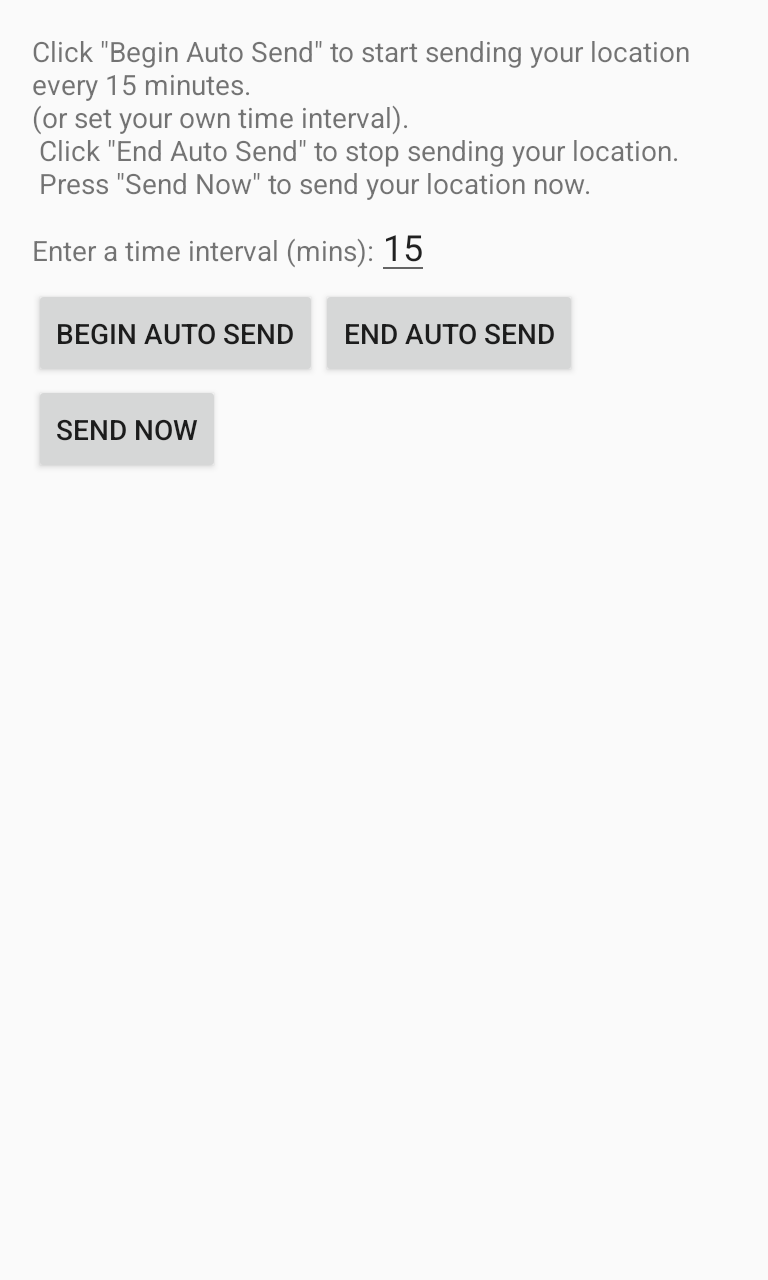
Repository: haidark/rahat
Layout: android/Rahat/res/layout/fragment_main.xml
The author's editor kept a copy of each file at every save. The layout is drawn from the files as they stood at one save, then again after the next save.
It is drawn on a 768 x 1280 px phone screen (xhdpi) without system bars, with theme AppTheme; the app's code is not run.

Above is the layout before, as saved 2014-05-04 03:44:23.

### android/Rahat/res/layout/fragment_main.xml
<LinearLayout xmlns:android="http://schemas.android.com/apk/res/android"
    xmlns:tools="http://schemas.android.com/tools"
    android:layout_width="match_parent"
    android:layout_height="match_parent"
    android:paddingBottom="@dimen/activity_vertical_margin"
    android:paddingLeft="@dimen/activity_horizontal_margin"
    android:paddingRight="@dimen/activity_horizontal_margin"
    android:paddingTop="@dimen/activity_vertical_margin"
    tools:context="com.example.rahat.MainActivity$PlaceholderFragment"
	android:orientation="vertical" >
    <TextView android:id="@+id/text_top"
	          android:layout_width="wrap_content"
	          android:layout_height="wrap_content"
	          android:text="@string/text_info" />

    <LinearLayout android:layout_width="wrap_content"
    			  android:layout_height="wrap_content"
    			  android:orientation="horizontal">

    	<TextView android:id="@+id/text_inter"
	          android:layout_width="wrap_content"
	          android:layout_height="wrap_content"
	          android:text="@string/text_interval" />

    	<EditText android:id="@+id/edit_1"
        		  android:layout_width="wrap_content"
        		  android:layout_height="wrap_content"
        		  android:text="@string/edit_1"
        		  android:maxLength="3"
        		  android:inputType="number" />
    </LinearLayout>


    <LinearLayout android:layout_width="wrap_content"
    			  android:layout_height="wrap_content"
    			  android:orientation="horizontal">

        <Button
            	android:id="@+id/beginbutton"
            	android:layout_width="wrap_content"
		        android:layout_height="wrap_content"
		        android:text="@string/button_start"
		        android:onClick="beginService" />
        <Button
            	android:id="@+id/endbutton"
            	android:layout_width="wrap_content"
		        android:layout_height="wrap_content"
		        android:text="@string/button_stop"
		        android:onClick="endService" />
    </LinearLayout>



    <Button
        android:layout_width="wrap_content"
        android:layout_height="wrap_content"
        android:text="@string/button_send"
        android:onClick="sendLocation" />

    <ScrollView android:layout_width="fill_parent"
    			android:layout_height="wrap_content" >

	    <TextView android:id="@+id/text_1"
	        android:layout_width="wrap_content"
	        android:layout_height="wrap_content"
	        android:text="@string/text_scroll" />

	</ScrollView>

</LinearLayout>

### android/Rahat/res/values/strings.xml
<?xml version="1.0" encoding="utf-8"?>
<resources>

    <string name="app_name">Rahat</string>
    <string name="action_settings">Settings</string>
	<string name="edit_1">15</string>
	<string name="text_info">
	    Click \"Begin Auto Send\" to start sending your location every 15 minutes.
	    \n(or set your own time interval).\n
	    Click \"End Auto Send\" to stop sending your location.\n
	    Press \"Send Now\" to send your location now.
	    </string>
	<string name="text_scroll"></string>
	<string name="text_interval">Enter a time interval (mins):</string>
	<string name="button_send">Send Now</string>
	<string name="button_start">Begin Auto Send</string>
	<string name="button_stop">End Auto Send</string>
	<string name="notif_text">Auto Send service started</string>
	<string name="notification_title">Rahat Auto Send</string>
	<string name="title_activity_main">MainActivity</string>
</resources>

Loaded but not shown: android/Rahat/res/values/styles.xml (common file); android/Rahat/res/values-v11/styles.xml (common file); android/Rahat/res/values-v14/styles.xml (common file); android/Rahat/res/values/dimens.xml (common file); android/Rahat/res/values-w820dp/dimens.xml (common file)

After the next save:
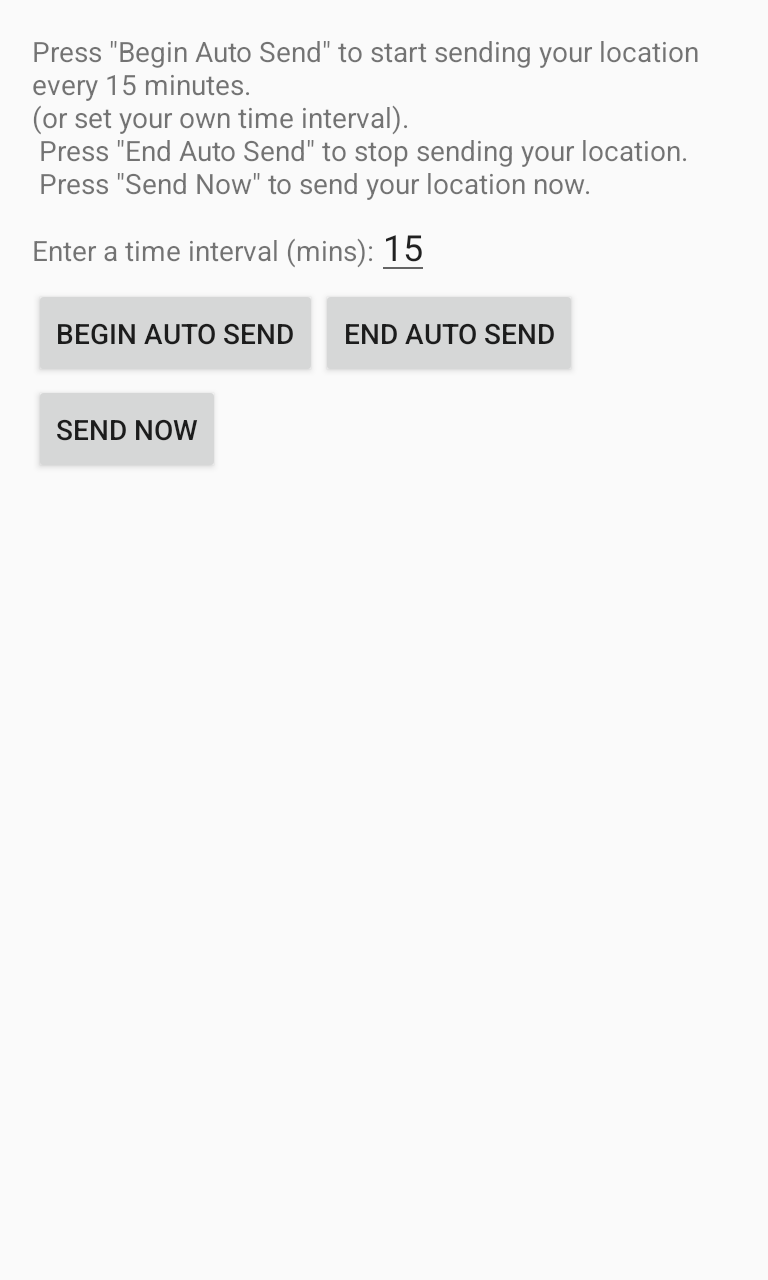
Saved 74 s later.
--- a/android/Rahat/res/values/strings.xml
+++ b/android/Rahat/res/values/strings.xml
@@ -5,9 +5,9 @@
     <string name="action_settings">Settings</string>
 	<string name="edit_1">15</string>
 	<string name="text_info">
-	    Click \"Begin Auto Send\" to start sending your location every 15 minutes.
+	    Press \"Begin Auto Send\" to start sending your location every 15 minutes.
 	    \n(or set your own time interval).\n
-	    Click \"End Auto Send\" to stop sending your location.\n
+	    Press \"End Auto Send\" to stop sending your location.\n
 	    Press \"Send Now\" to send your location now.
 	    </string>
 	<string name="text_scroll"></string>
